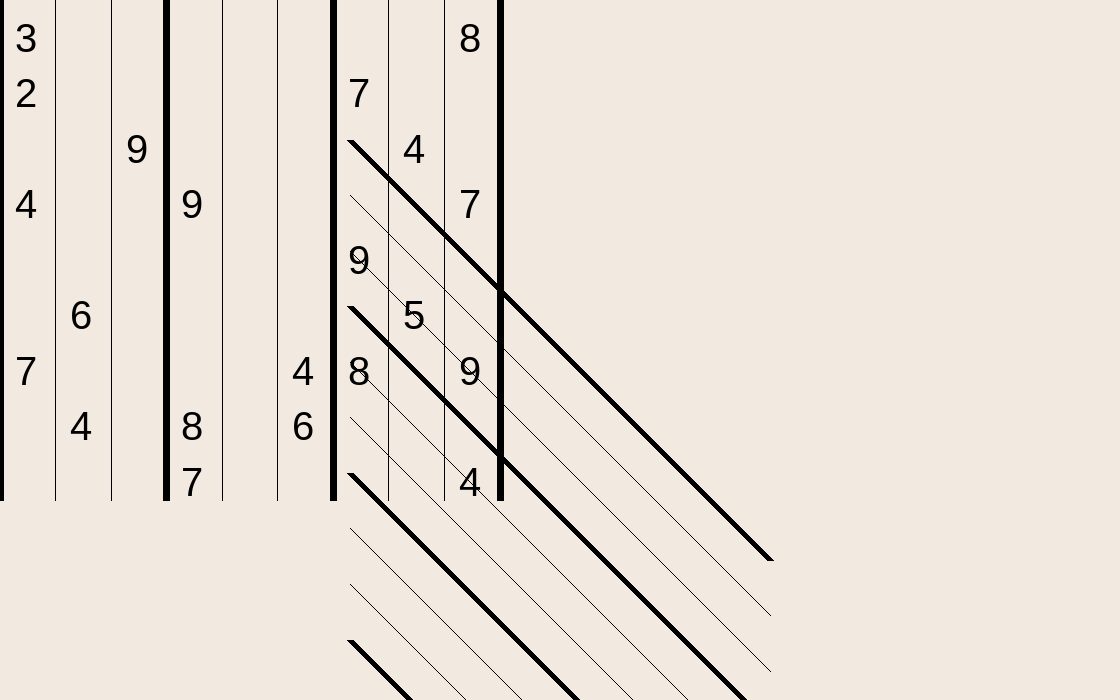
Repository: JensVL96/Puzzle-solver-for-fun
Script's output: python sudoku.py
These files come from the project's save history. The script's output is drawn as it stood at one moment and after the next save; the edit follows.
The window is shown after at most 60 frames with no key pressed. A system font it names is replaced by a similar one. Random numbers start from a fixed seed.

Above is the script's output before, as saved 2020-10-30 01:32:17.

After the next save:
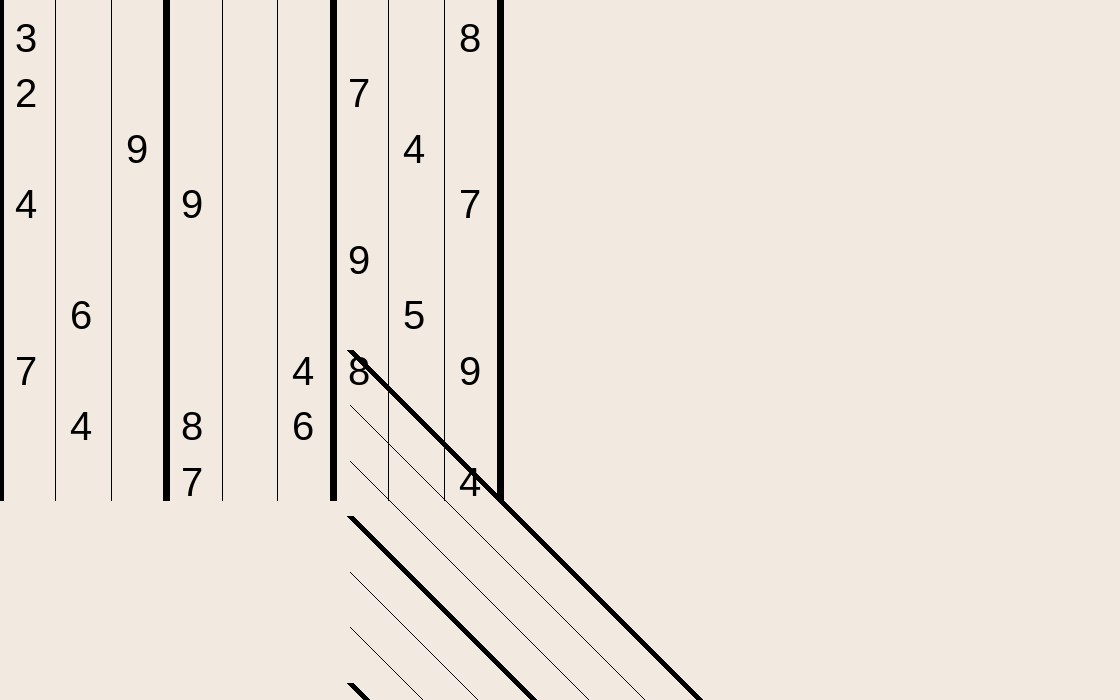
Saved 38 s later.
--- a/sudoku.py
+++ b/sudoku.py
@@ -202,10 +202,10 @@ class Display_board():
                 thick = 7
             else:
                 thick = 1
-            pg.draw.line(self.screen, BLACK, ((SCREEN_WIDTH / 2) - (BORDER_SIZE / 2),
-                                            (SCREEN_HEIGHT / 2) - (BORDER_SIZE / 2) + i * self.dif),
-                                            ((SCREEN_WIDTH / 2) + (BORDER_SIZE / 2),
-                                            (SCREEN_HEIGHT / 2) + (BORDER_SIZE / 2) + i * self.dif), thick)
+            pg.draw.line(self.screen, BLACK, (start_pos,
+                                            start_pos + i * self.dif),
+                                            (end_pos,
+                                            end_pos + i * self.dif), thick)
             pg.draw.line(self.screen, BLACK, (i * self.dif, 0), (i * self.dif, 500), thick)
 
 
